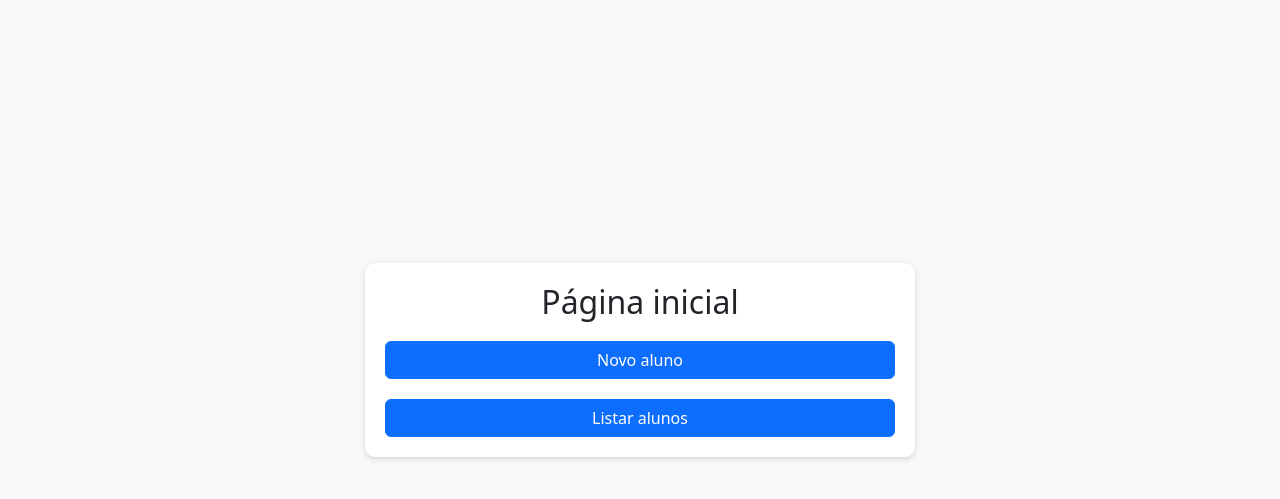
Repository: juliatbarbosa/CRUD-ALUNOS
Page: http://localhost/OlaMundo/alunos/cadastro/index.jsp
These files come from the project's save history. The page is drawn as it stood at one moment and after a run of saves; the edit follows.
The browser window is 1280 px wide. The pictures show the whole page.
The page is served by Tomcat 9. Other server files are loaded and not shown.

Above is the page before, as saved 2024-09-30 01:38:00.

### OlaMundo/src/main/webapp/alunos/cadastro/index.jsp
<%@page import="org.alunos.AlunoDAO"%>
<%@ page language="java" contentType="text/html; charset=ISO-8859-1"
    pageEncoding="ISO-8859-1"%>
<!DOCTYPE html>
<html>
<head>
<meta charset="ISO-8859-1">
<title>Página inicial</title>

<link href="https://cdn.jsdelivr.net/npm/bootstrap@5.3.3/dist/css/bootstrap.min.css" rel="stylesheet" integrity="sha384-QWTKZyjpPEjISv5WaRU9OFeRpok6YctnYmDr5pNlyT2bRjXh0JMhjY6hW+ALEwIH" crossorigin="anonymous">
<link href="https://cdn.jsdelivr.net/npm/bootstrap-icons/font/bootstrap-icons.css" rel="stylesheet">

<style>
body {
		display: flex;
		justify-content: center;
		align-items: center;
		height: 100vh;
		background-color: #f9f9f9;

	}

	.conteudoTela {
	background-color: white;
	padding: 20px;
	border-radius: 10px;
	box-shadow: 0 2px 6px 0px rgba(0, 0, 0, 0.15);

	width: 550px
	}

	h1 {
	margin-bottom:20px;
	text-align: center;
	font-size: 32px;
	}


	button a {
	text-decoration: none;
	color: white;
}
	.botoes {
    display: flex;
    flex-direction: column;
	gap: 20px;
	}

</style>
</head>
<body>

	<div class="conteudoTela">

	<h1>Página inicial</h1>

	<div class="botoes">
			<button type="button" class="btn btn-primary">
				<a href="formulario.jsp?id=0">Novo aluno</a>
			</button>
			<button type="button" class="btn btn-primary">
				<a href="listar.jsp">Listar alunos</a>
			</button>

		</div>

	</div>

	<script src="https://cdn.jsdelivr.net/npm/bootstrap@5.3.3/dist/js/bootstrap.bundle.min.js" integrity="sha384-YvpcrYf0tY3lHB60NNkmXc5s9fDVZLESaAA55NDzOxhy9GkcIdslK1eN7N6jIeHz" crossorigin="anonymous"></script>
</body>
</html>

After the next 2 saves:
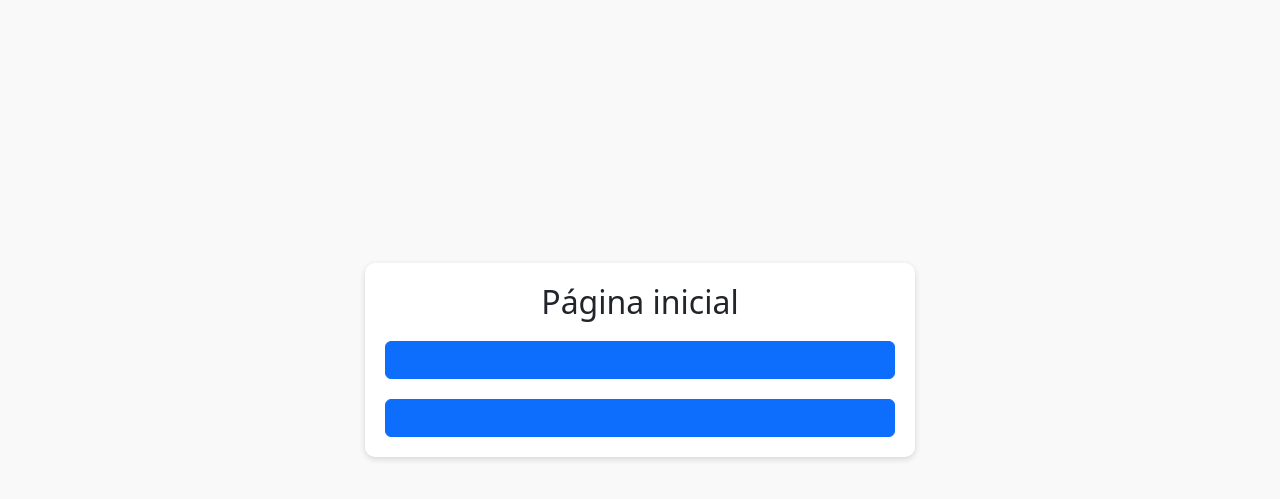
The 2 saves are shown as one change because they came seconds apart.
The last was saved 19 s later.
--- a/OlaMundo/src/main/webapp/alunos/cadastro/index.jsp
+++ b/OlaMundo/src/main/webapp/alunos/cadastro/index.jsp
@@ -35,11 +35,6 @@ body {
 	font-size: 32px;
 	}
 
-
-	button a {
-	text-decoration: none;
-	color: white;
-}
 	.botoes {
     display: flex;
     flex-direction: column;
